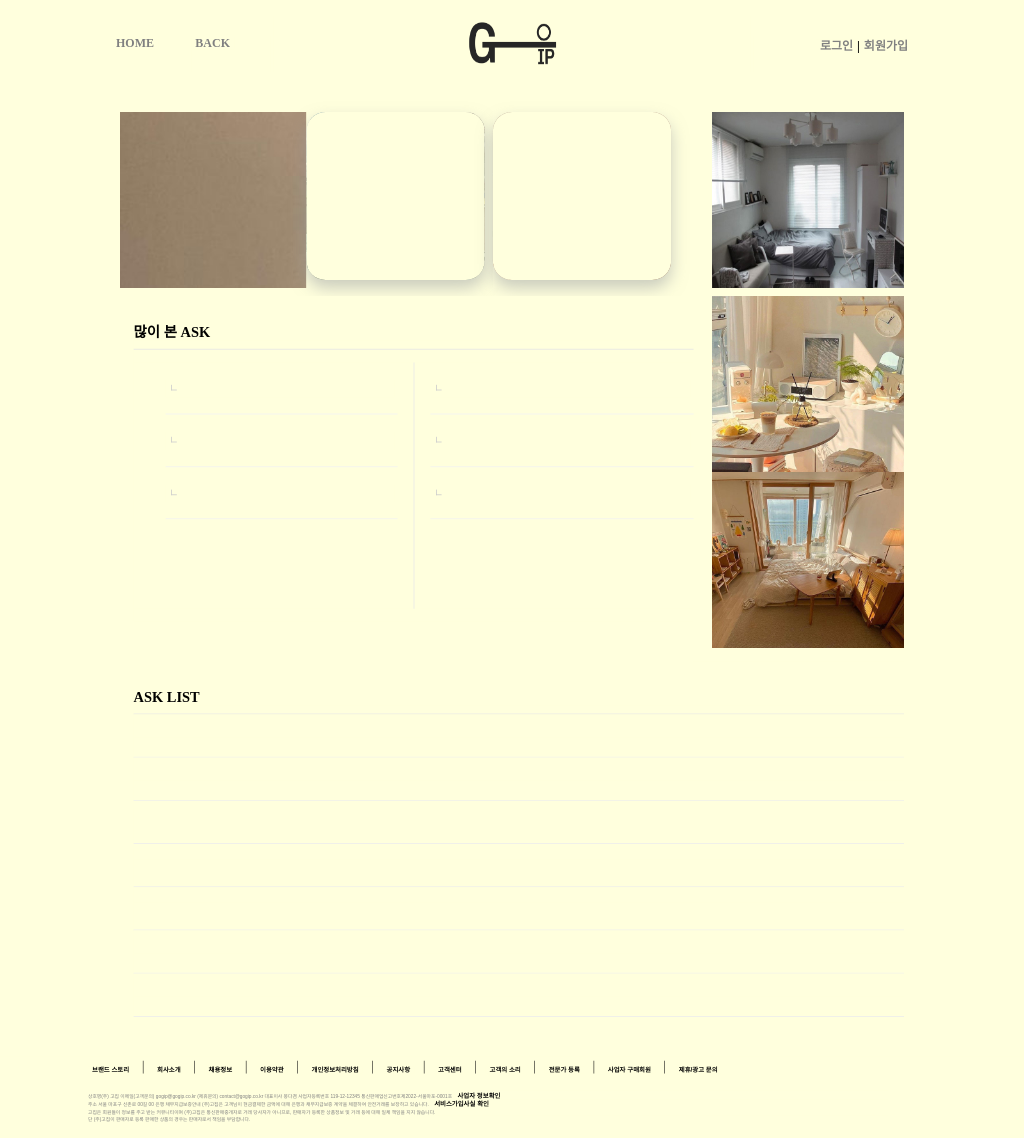
Repository: pauljerricho/MES
Page: http://localhost/SpringBoard/WEB-INF/views/ask.jsp
These files come from the project's save history. The page is drawn as it stood at one moment and after the next save; the edit follows.
The browser window is 1280 px wide. The pictures show the whole page, at 80% of full size.
Some web libraries are served in a nearby version. The page is served by Tomcat 9. Nobody is signed in. The template is opened directly, without the code that normally fills it, so the values that code supplies are empty.

Above is the page before, as saved 2022-03-13 13:55:43.

After the next save:
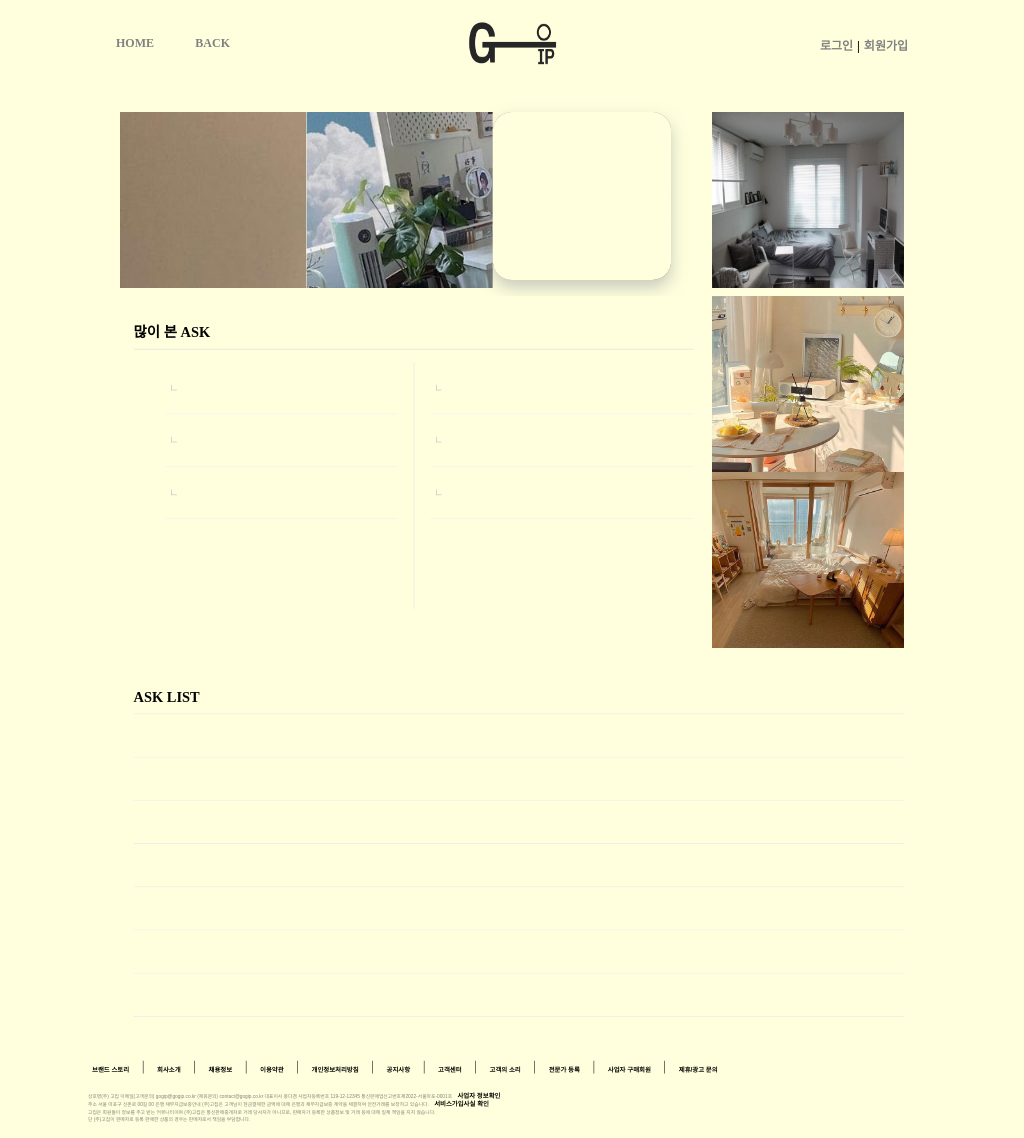
Saved 18 s later.
--- a/gozip/SpringBoard/src/main/webapp/WEB-INF/views/ask.jsp
+++ b/gozip/SpringBoard/src/main/webapp/WEB-INF/views/ask.jsp
@@ -363,7 +363,6 @@ a {
 						</div>
 						<!-- best_ask1 영역 -->
 						<div class="best ask2">
-							<a class="best_link" style="background-image:url('/img/cont02.jpg');background-size:cover; background-repeat: no-repeat;" href="">
 								<div class="best_background">
 									<img src="/img/cont02.jpg">
 								</div>
